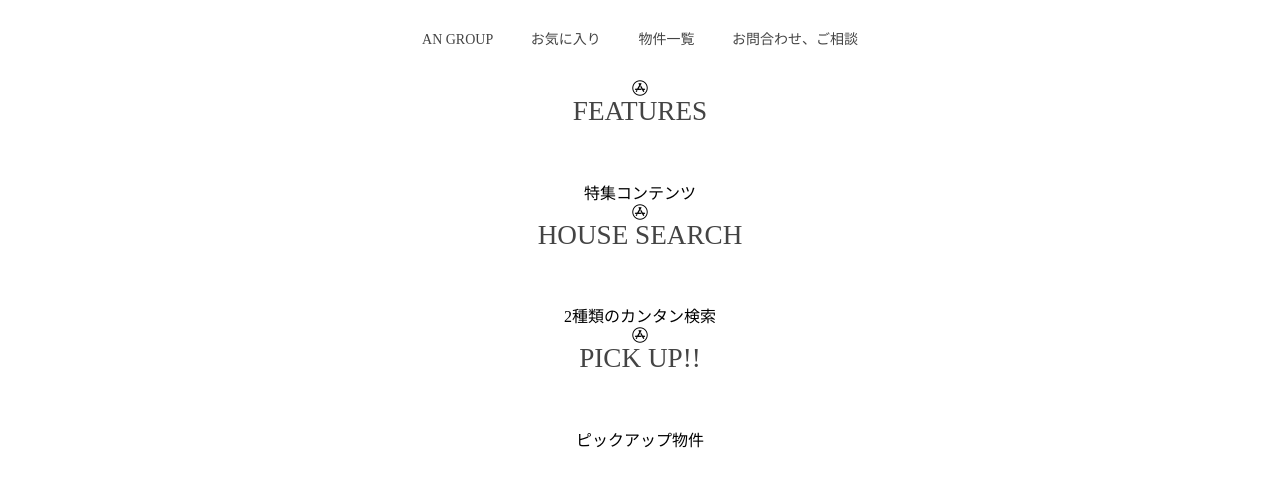
Repository: ninhdavid/real-estate
Page: index.html
An editor plug-in stored every save of this project. The page is shown before and after a run of saves, followed by the edit.
The browser window is 1280 px wide. The pictures show the whole page.
Some web libraries are served in a nearby version. The style sheet was rebuilt from its Sass, Less or Tailwind sources for each picture, by a compiler version that may differ from the author's.

Above is the page before, as saved 2022-05-09 22:08:58.

### index.html
<!DOCTYPE html>
<html lang="en">

<head>
    <meta charset="UTF-8">
    <meta http-equiv="X-UA-Compatible" content="IE=edge">
    <meta name="viewport" content="width=device-width, initial-scale=1.0">
    <link rel="stylesheet" href="css/main.css">
    <script src="https://kit.fontawesome.com/691ec27588.js" crossorigin="anonymous"></script>
    <title>Document</title>
</head>

<body>
    <div class="main-container">
        <div class="header">
            <div class="img-header"></div>
        </div>
        <div class="main-nav">
            <ul id="nav">
                <li><a class="nav-img" href="#">
                        <!-- <img src="./asset/img/logo/logo-edited.png" alt=""> -->
                        AN GROUP
                    </a></li>
                <li><a href="#">お気に入り</a></li>
                <li><a href="#">物件一覧</a></li>
                <li><a href="#">お問合わせ、ご相談</a></li>
            </ul>
        </div>
        <div class="content">
            <div class="content-section">
                <div class="title-section">
                    <i class="fa-brands fa-app-store"></i>
                    <p>FEATURES</p>
                    <p>特集コンテンツ</p>
                </div>
                <div id="slider"> </div>
            </div>
            <div class="content-section">
                <div class="title-section">
                    <i class="fa-brands fa-app-store"></i>
                    <p>HOUSE SEARCH</p>
                    <p>2種類のカンタン検索</p>
                </div>
                <div></div>
            </div>
            <div class="content-section">
                <div class="title-section">
                    <i class="fa-brands fa-app-store"></i>
                    <p>PICK UP!!</p>
                    <p>ピックアップ物件</p>
                </div>
                <div></div>
            </div>
        </div>

    </div>



</body>
<script src="asset/java-script/chat-online.js"></script>

</html>

### css/main.scss


*{
    padding: 0;
    margin: 0;
    box-sizing: border-box;
}

.main-nav{
    // height: 85px;
    background-color: #fff;
    width: 100%;
    z-index:10;
    height: 5em;
    text-align: center;
}
#nav{
    display:inline-block;
}
#nav,
.subnav {
    list-style-type: none;
}
#nav > li{
    display:inline-block;
}
#nav  li{
    position: relative;
    top:11px;
}
#nav li a{
    display: block;
    text-decoration: none;
    line-height: 24px;
    font-size: 14px;
    padding: 1.2em;
}
#nav>li>a{
    color: rgb(68,68,68);
    text-transform: uppercase;
}
// .nav-img{
//     background-image: url("/asset/img/logo/logo-edited.png");
//     height:80px;
//     width: 100px;
//     padding: 5px 0;
//     background-position: center; /* Center the image */
//     background-repeat: no-repeat; /* Do not repeat the image */
//     background-size: cover;
// }

.content-section{
    display: block;
    text-align: center;
}
.title-section{

}
.title-section i {

}
.tittle-section p{
    font-weight: bold;

}
.title-section>p:nth-of-type(1){
    font-size: 1.25em;
    line-height: 1;
}
.title-section p:nth-child(2){
    font-size: 1.7em;
    color: #444444;
    padding-bottom: 2em;
}

Loaded but not shown: asset/java-script/chat-online.js (no stored copy; drawn as an empty file)

After the next 2 saves:
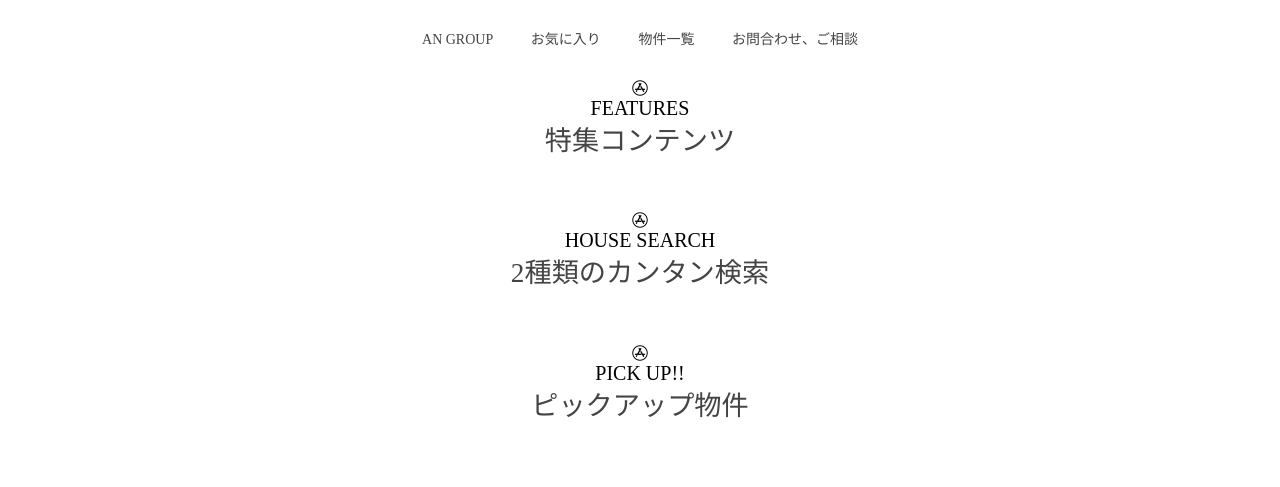
The 2 saves are shown as one change because they came seconds apart.
The last was saved 7 s later.
--- a/css/main.scss
+++ b/css/main.scss
@@ -67,7 +67,7 @@
     font-size: 1.25em;
     line-height: 1;
 }
-.title-section p:nth-child(2){
+.title-section p:nth-of-type(2){
     font-size: 1.7em;
     color: #444444;
     padding-bottom: 2em;
